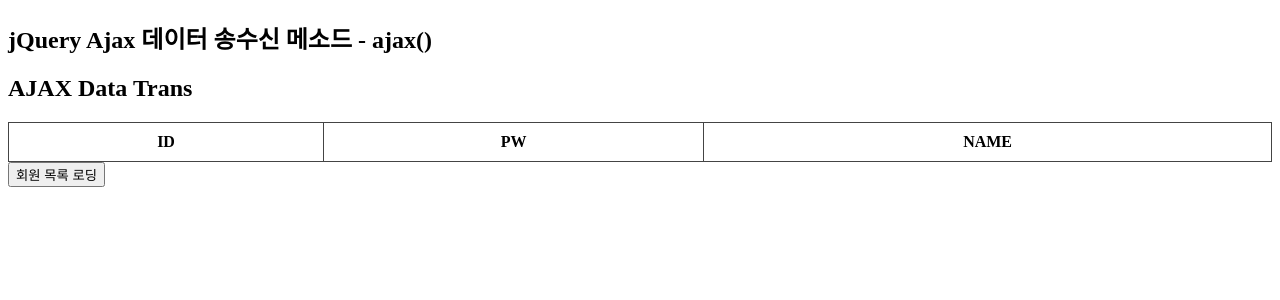
Repository: qkrwjddn1026/pro06_1
Page: http://localhost/ajax/test2
An editor plug-in stored every save of this project. The page is shown before and after the next save, followed by the edit.
The browser window is 1280 px wide. The pictures show the whole page.
Some web libraries are served in a nearby version. The page is this project's Thymeleaf template; nobody is signed in. The template is opened directly, without the code that normally fills it, so the values that code supplies are empty.

Above is the page before, as saved 2022-12-21 03:46:27.

After the next save:
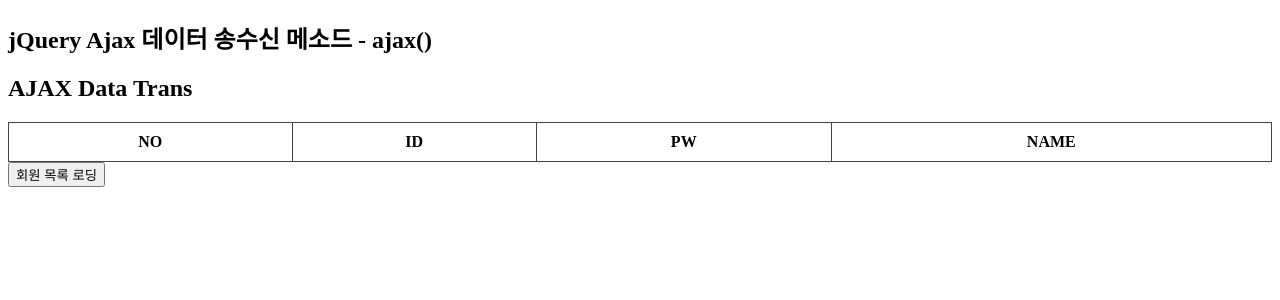
Saved 51 min 57 s later.
--- a/myapp/src/main/resources/templates/ajax/test2.html
+++ b/myapp/src/main/resources/templates/ajax/test2.html
@@ -27,6 +27,7 @@
             <table class="table">
                 <thead>
                     <tr>
+                    	<th>NO</th>
                         <th>ID</th>
                         <th>PW</th>
                         <th>NAME</th>
@@ -54,6 +55,7 @@
                     console.log(res);
                     $.each(res, function(index, value){
                         var tr = "<tr>";
+                        	tr = tr + "<td>"+ (index+1) + "</td>";
                             tr = tr + "<td>"+ value['id'] + "</td>";
                             tr = tr + "<td>"+ value['pw'] + "</td>";
                             tr = tr + "<td>"+ value['name'] + "</td>";
